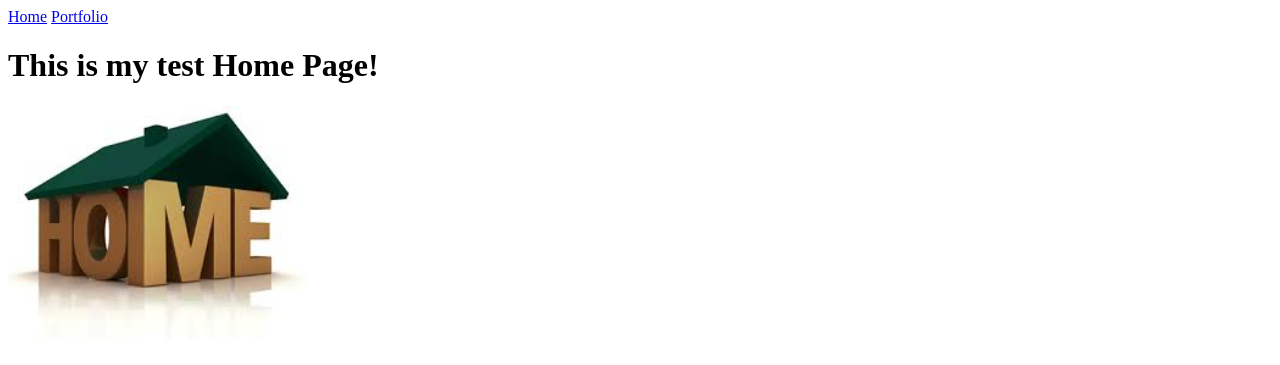
Repository: Lcummin421/Lcummin421.github.io
Page: my_website/index.html
The author's editor kept a record of every edit. The page is drawn from the files as they stood at one moment, then again after the next edit.
The browser window is 1280 px wide. The pictures show the whole page.

Above is the page before.

### my_website/index.html
<!doctype html>
<html lang="en">
  <head>
    <meta charset="utf-8">
    <title>Home</title>
  </head>
  <body>
    <a href="index.html">Home</a>
    <a href="portfolio.html">Portfolio</a>
    <h1>This is my test Home Page!</h1>
    <img src="images/home.jpg" height="250">
  </body>
</html>

After the next edit:
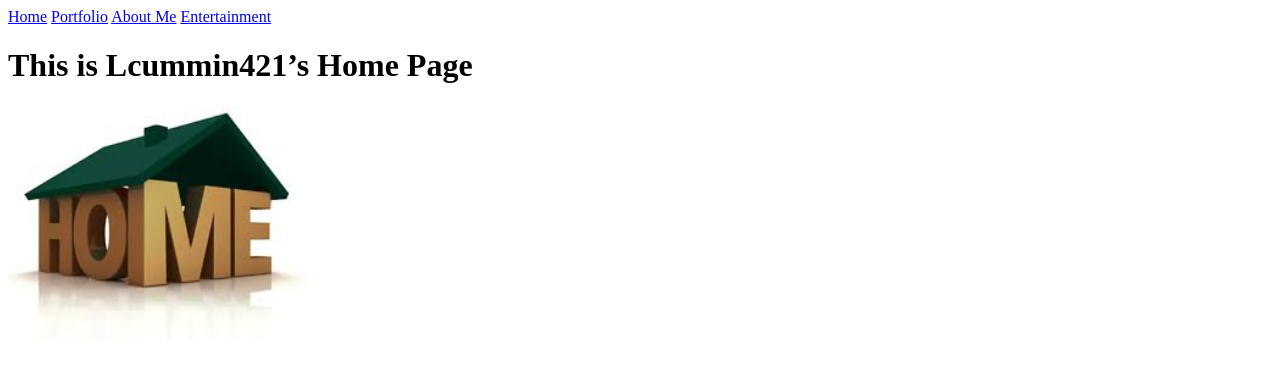
The edit:
--- a/my_website/index.html
+++ b/my_website/index.html
@@ -7,7 +7,9 @@
   <body>
     <a href="index.html">Home</a>
     <a href="portfolio.html">Portfolio</a>
-    <h1>This is my test Home Page!</h1>
+    <a href="about.html">About Me</a>
+    <a href="entertainment.html">Entertainment</a>
+    <h1>This is Lcummin421’s Home Page</h1>
     <img src="images/home.jpg" height="250">
   </body>
 </html>
